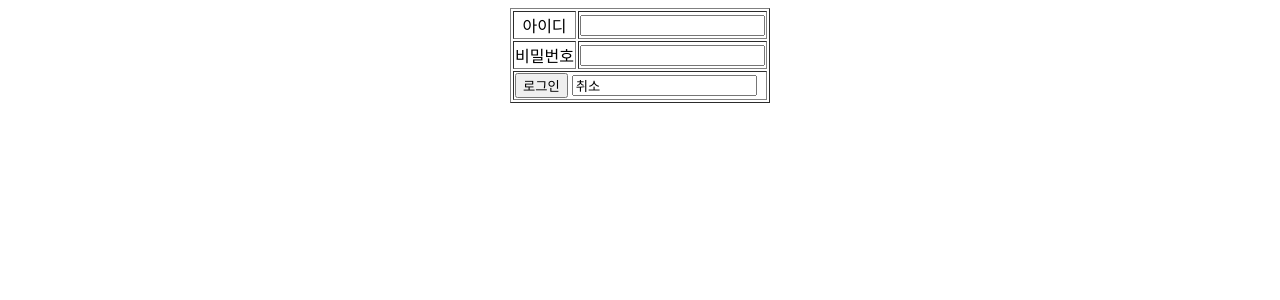
Repository: HongEunbeen/JSP-code
Page: http://localhost/Login_Project/Login.jsp
An editor plug-in stored every save of this project. The page is shown before and after the next save, followed by the edit.
The browser window is 1280 px wide. The pictures show the whole page.
The page is served by Tomcat 9.

Above is the page before, as saved 2019-04-02 06:21:09.

After the next save:
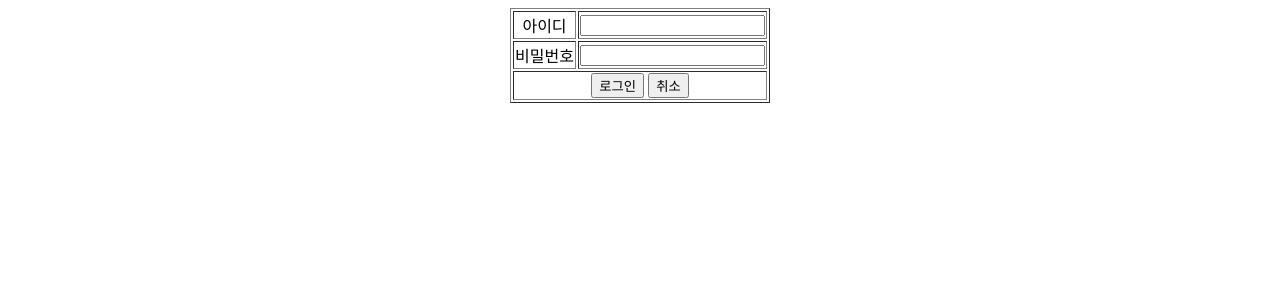
Saved 16 s later.
--- a/Login_Project/WebContent/Login.jsp
+++ b/Login_Project/WebContent/Login.jsp
@@ -19,9 +19,9 @@
 					<td><input type = "password" name = "pw"></td>
 				</tr>
 				<tr>
-					<td colspan = "2">
+					<td colspan = "2" align = "center">
 						<input type = "submit" value = "로그인">
-						<input type = "result" value = "취소">
+						<input type = "reset" value = "취소">
 					</td>
 				</tr>
 			</table>
